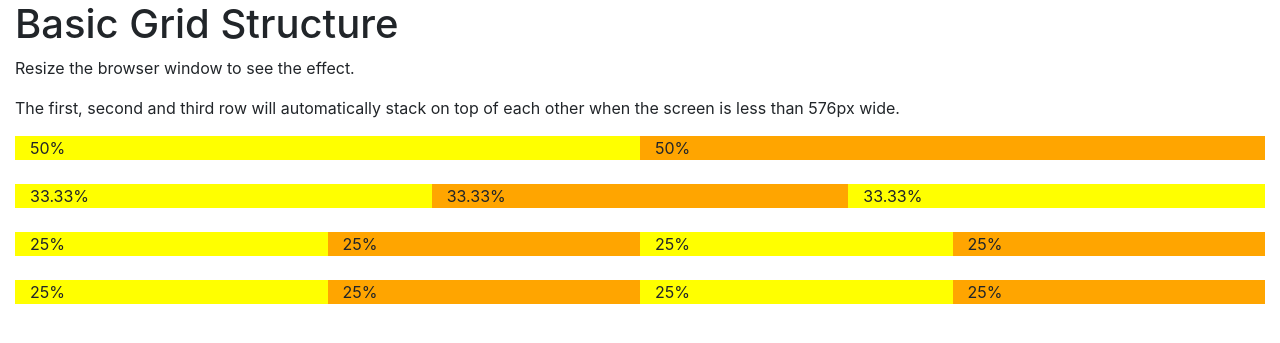
Repository: rsusolutions/RSU-Website
Page: quiz/index.html
These files come from the project's save history. The page is drawn as it stood at one moment and after the next save; the edit follows.
The browser window is 1280 px wide. The pictures show the whole page.

Above is the page before, as saved 2020-04-21 18:52:06.

### quiz/index.html
<!DOCTYPE html>
<html lang="en">
<head>
  <title>Bootstrap Example</title>
  <meta charset="utf-8">
  <meta name="viewport" content="width=device-width, initial-scale=1">
  <link rel="stylesheet" href="https://maxcdn.bootstrapcdn.com/bootstrap/4.4.1/css/bootstrap.min.css">
  <script src="https://ajax.googleapis.com/ajax/libs/jquery/3.4.1/jquery.min.js"></script>
  <script src="https://cdnjs.cloudflare.com/ajax/libs/popper.js/1.16.0/umd/popper.min.js"></script>
  <script src="https://maxcdn.bootstrapcdn.com/bootstrap/4.4.1/js/bootstrap.min.js"></script>
</head>
<body>

<div class="container-fluid">
  <h1>Basic Grid Structure</h1>
  <p>Resize the browser window to see the effect.</p>
  <p>The first, second and third row will automatically stack on top of each other when the screen is less than 576px wide.</p>

  <div class="container-fluid">
    <!-- Control the column width, and how they should appear on different devices -->
    <div class="row">
      <div class="col-sm-6" style="background-color:yellow;">50%</div>
      <div class="col-sm-6" style="background-color:orange;">50%</div>
    </div>
    <br>

    <div class="row">
      <div class="col-sm-4" style="background-color:yellow;">33.33%</div>
      <div class="col-sm-4" style="background-color:orange;">33.33%</div>
      <div class="col-sm-4" style="background-color:yellow;">33.33%</div>
    </div>
    <br>

    <!-- Or let Bootstrap automatically handle the layout -->
    <div class="row">
      <div class="col-sm" style="background-color:yellow;">25%</div>
      <div class="col-sm" style="background-color:orange;">25%</div>
      <div class="col-sm" style="background-color:yellow;">25%</div>
      <div class="col-sm" style="background-color:orange;">25%</div>
    </div>
    <br>

    <div class="row">
      <div class="col" style="background-color:yellow;">25%</div>
      <div class="col" style="background-color:orange;">25%</div>
      <div class="col" style="background-color:yellow;">25%</div>
      <div class="col" style="background-color:orange;">25%</div>
    </div>
  </div>
</div>

</body>
</html>

After the next save:
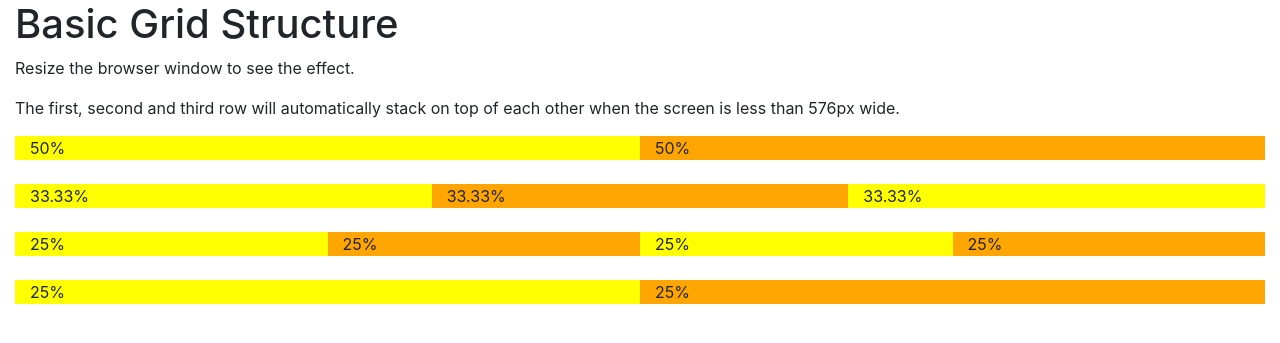
Saved 3 min 3 s later.
--- a/quiz/index.html
+++ b/quiz/index.html
@@ -43,8 +43,6 @@
     <div class="row">
       <div class="col" style="background-color:yellow;">25%</div>
       <div class="col" style="background-color:orange;">25%</div>
-      <div class="col" style="background-color:yellow;">25%</div>
-      <div class="col" style="background-color:orange;">25%</div>
     </div>
   </div>
 </div>
